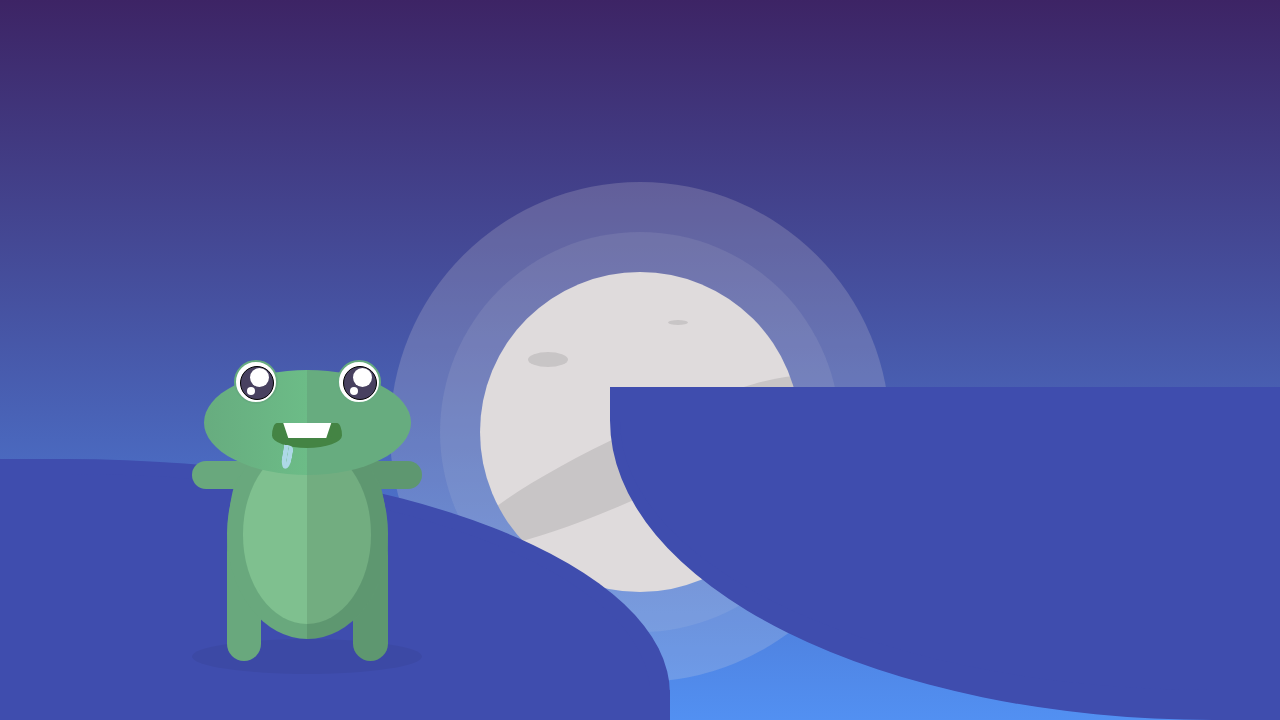
Repository: celinakhalife/cssCharacterDesign
Page: /
These files come from the project's save history. The page is drawn as it stood at one moment and after the next save; the edit follows.
The browser window is 1280 px wide. The pictures show the whole page.
The project was rebuilt for these pictures with package versions that can differ from the ones it lists, and the page was loaded fresh each time. Also part of the build but not shown: angular.json.

Above is the page before, as saved 2018-10-21 13:32:18.

After the next save:
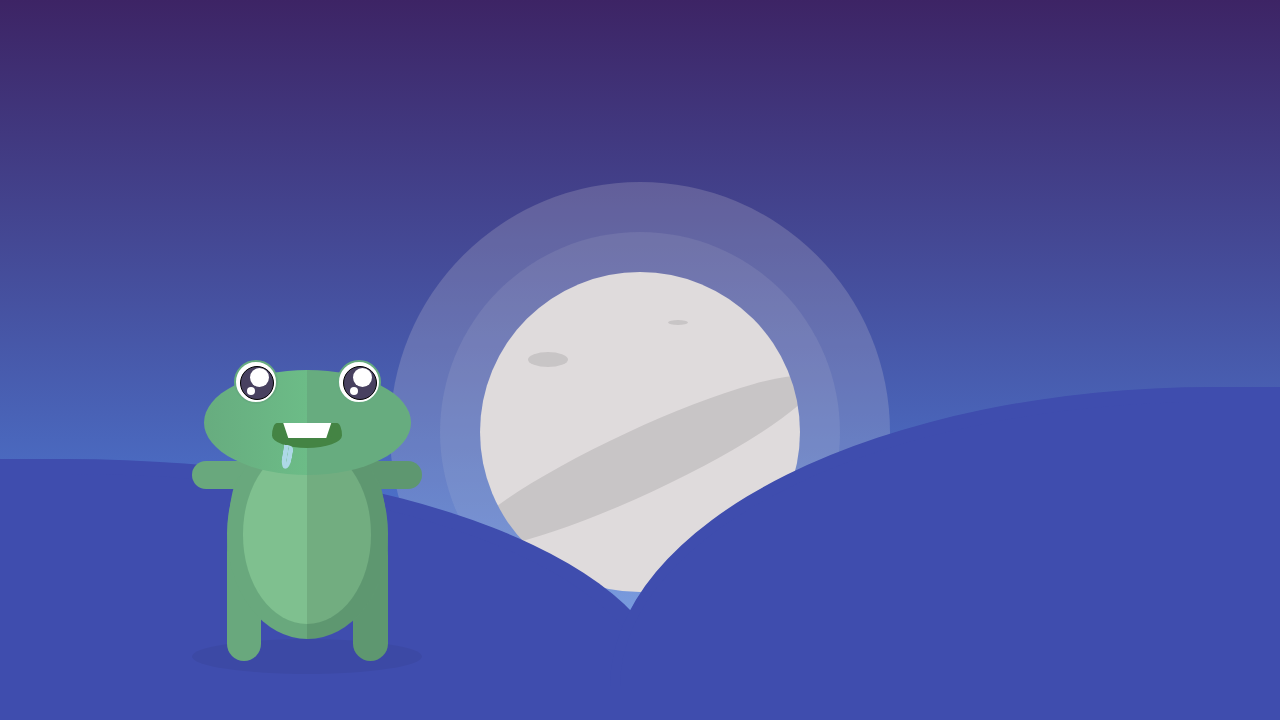
Saved 6 s later.
--- a/src/app/app.component.scss
+++ b/src/app/app.component.scss
@@ -103,7 +103,7 @@
     height: 40%;
     border-width: 40px 20px 30px 10px;
     border-style: solid;
-    border-radius: 0 0 0% 90%;
+    border-radius: 90% 0 0% 0%;
     border-top: 15px solid transparent;
     background-color: #3f4dae;
     border-color: #3f4dae;
